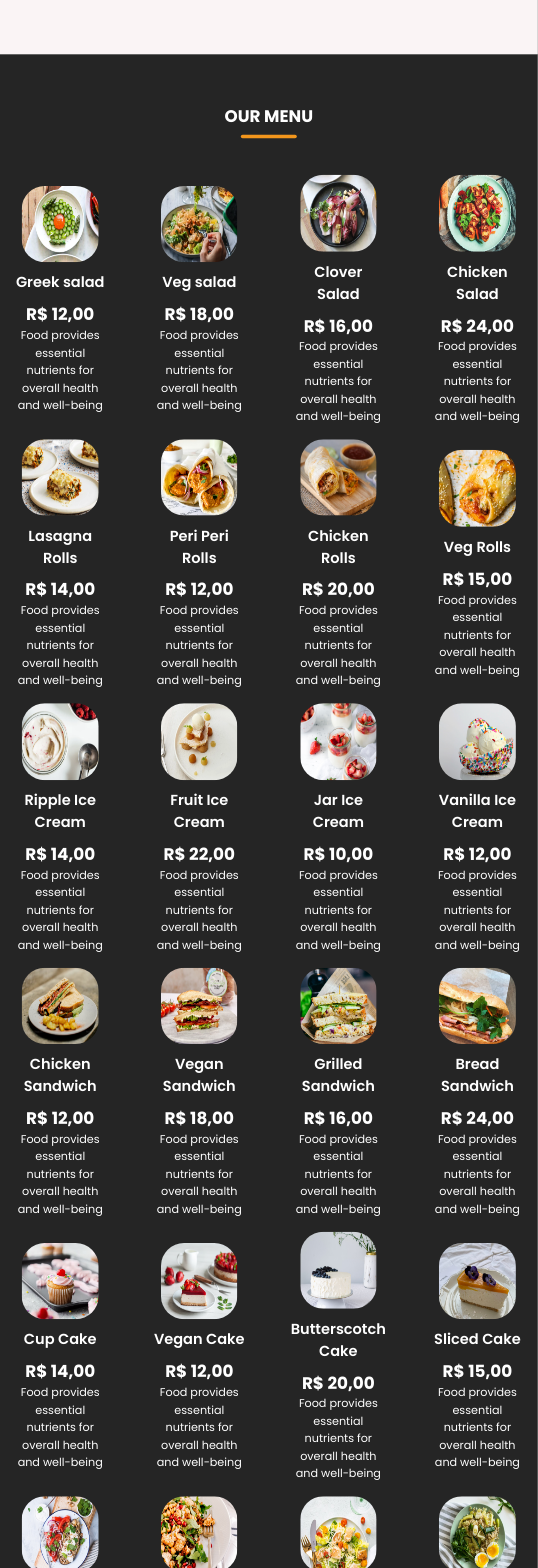
Repository: guilhermecardoso93/coffe-site-vite
Page: /
An editor plug-in stored every save of this project. The page is shown before and after the next save, followed by the edit.
The browser window is 768 px wide. The pictures show the part of the page from y = 1611 to 3851 px (the page is 4961 px tall before and 6098 px after), at 70% of full size.
Some web fonts or font styles are not loaded; a fallback is used. The project was rebuilt for these pictures with package versions that can differ from the ones it lists, and the page was loaded fresh each time. Also part of the build but not shown: vite.config.js.

Above is the page before, as saved 2024-11-21 19:09:30.

After the next save:
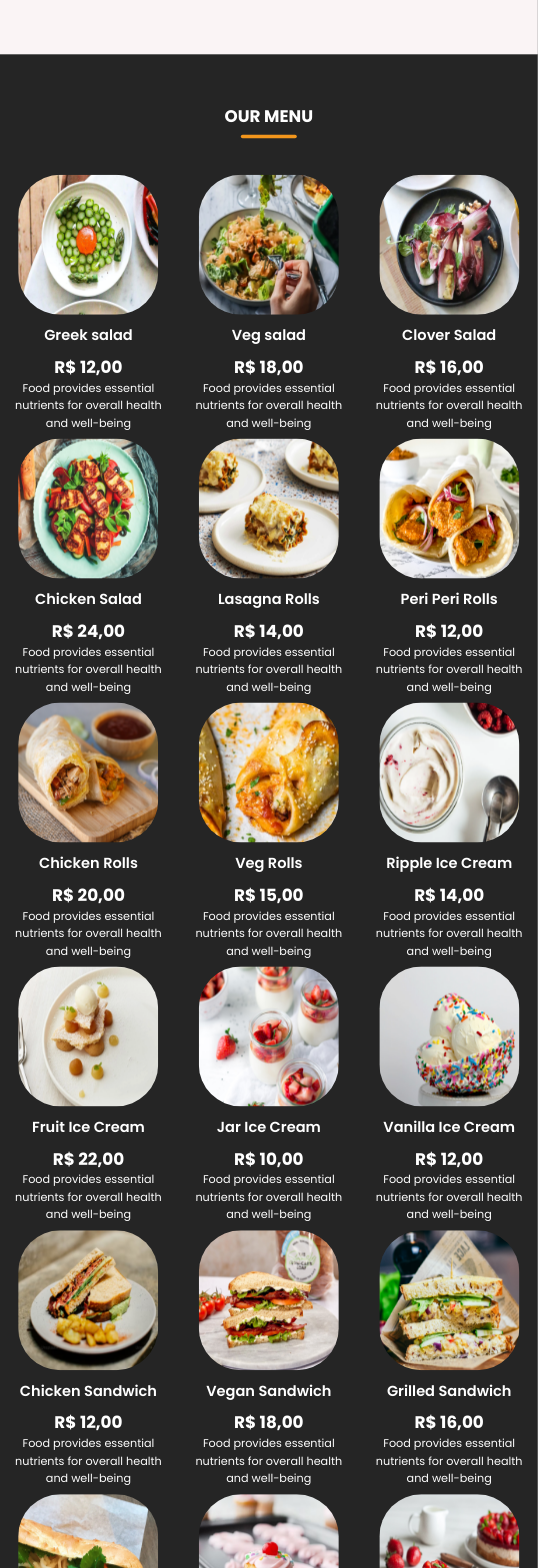
Saved 31 s later.
--- a/src/components/Menu/styles.css
+++ b/src/components/Menu/styles.css
@@ -11,18 +11,15 @@
 .menu-section .menu-list {
   display: flex;
   flex-wrap: wrap;
-  align-items: center;
   justify-content: space-between;
-  align-items: center;
+  gap: 20px;
   margin-top: 2rem;
-  gap: 20px;
-
 }
 
 .menu-section .menu-list .menu-item {
   display: flex;
+  flex-direction: column;
   align-items: center;
-  flex-direction: column;
   width: calc(100% / 3 - 110px);
   text-align: center;
 }
@@ -44,28 +41,21 @@
 }
 
 @media screen and (max-width: 1024px) {
-  .menu-section .menu-list {
-    gap: 20px;
-  }
-
   .menu-section .menu-list .menu-item {
     width: calc(100% / 4 - 50px);
   }
 }
 
+@media screen and (max-width: 900px) {
+  .menu-section .menu-list {
+    gap: 10px;
+  }
 
-@media screen and (max-width: 900px) {
   .menu-section .menu-list .menu-item {
-    .menu-section .menu-list {
-      gap: 10px;
-    }
+    width: calc(100% / 3 - 30px);
+  }
 
-    .menu-section .menu-list .menu-item {
-      width: calc(100% / 3 - 30px);
-    }
-
-    .menu-section .menu-list .menu-item .menu-image {
-      max-width: 200px;
-    }
+  .menu-section .menu-list .menu-item .menu-image {
+    max-width: 200px;
   }
 }
